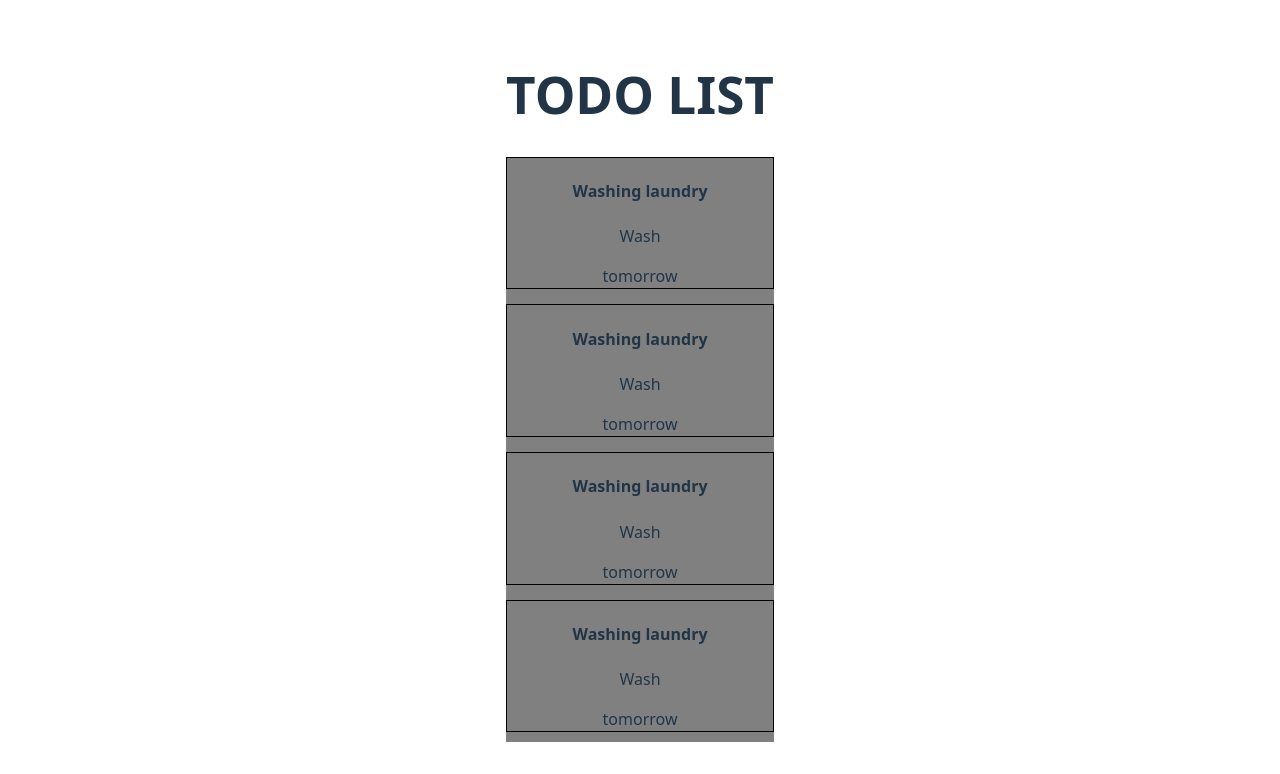
Repository: DISC-NU/workshop-3-activites
Page: /
An editor plug-in stored every save of this project. The page is shown before and after the next save, followed by the edit.
The browser window is 1280 px wide. The pictures show the whole page.
The project was rebuilt for these pictures with package versions that can differ from the ones it lists, and the page was loaded fresh each time. Also part of the build but not shown: vite.config.js.

Above is the page before, as saved 2025-10-06 19:18:04.

After the next save:
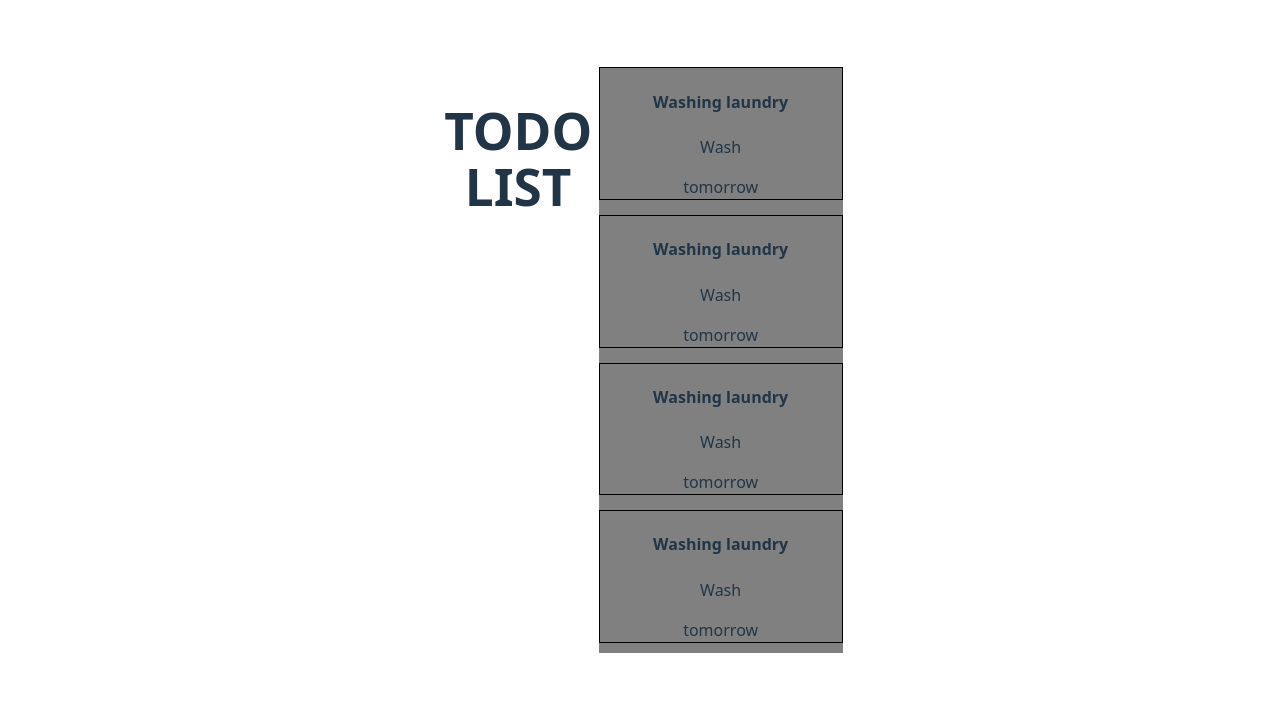
Saved 19 s later.
--- a/src/App.jsx
+++ b/src/App.jsx
@@ -2,7 +2,7 @@
 
 function App() {
   return(
-    <main>
+    <main style={{ display: 'flex', justifyContent: 'center' }}>
       <h1>TODO LIST</h1>
       <div style={{ width: '100%', display: 'flex', flexDirection: 'column', gap: 5, backgroundColor: 'gray' }}>
         <div className='task'>

After the save that followed:
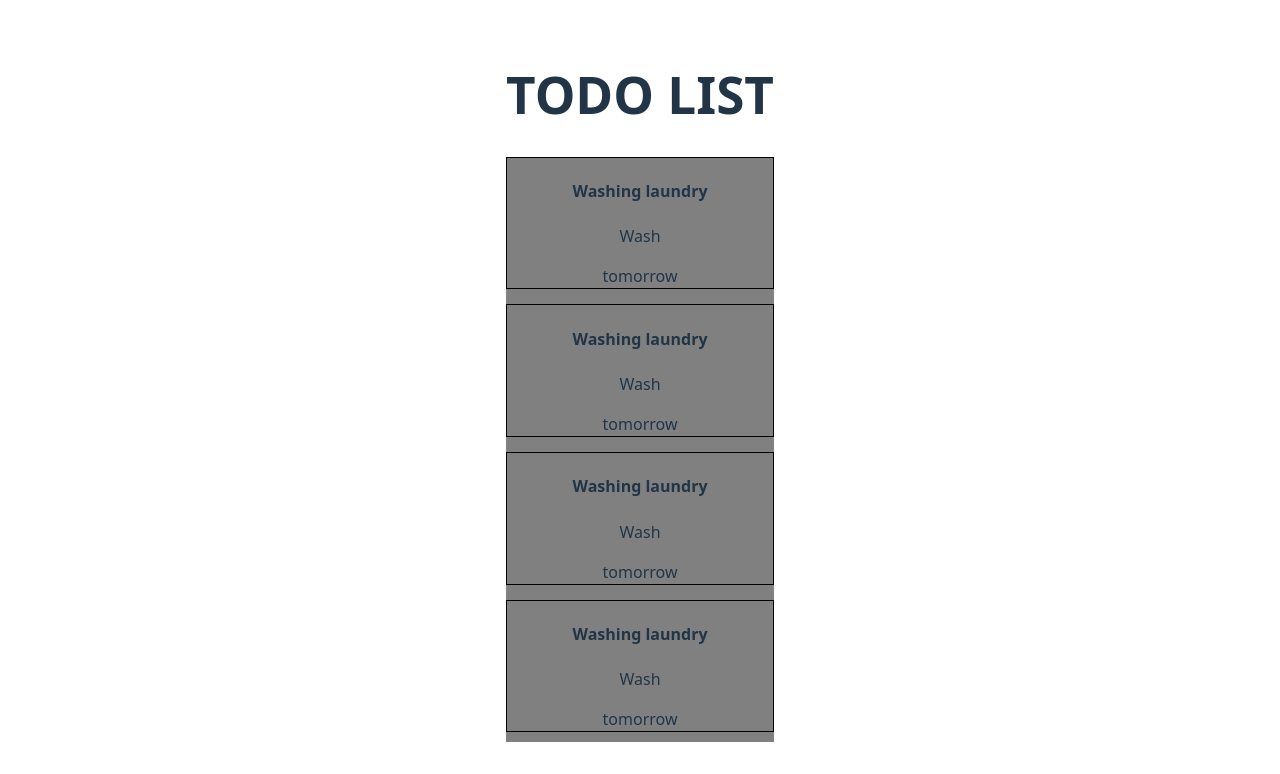
Saved 11 s later.
--- a/src/App.jsx
+++ b/src/App.jsx
@@ -2,7 +2,7 @@
 
 function App() {
   return(
-    <main style={{ display: 'flex', justifyContent: 'center' }}>
+    <main style={{ display: 'flex', justifyContent: 'center', flexDirection: 'column' }}>
       <h1>TODO LIST</h1>
       <div style={{ width: '100%', display: 'flex', flexDirection: 'column', gap: 5, backgroundColor: 'gray' }}>
         <div className='task'>
